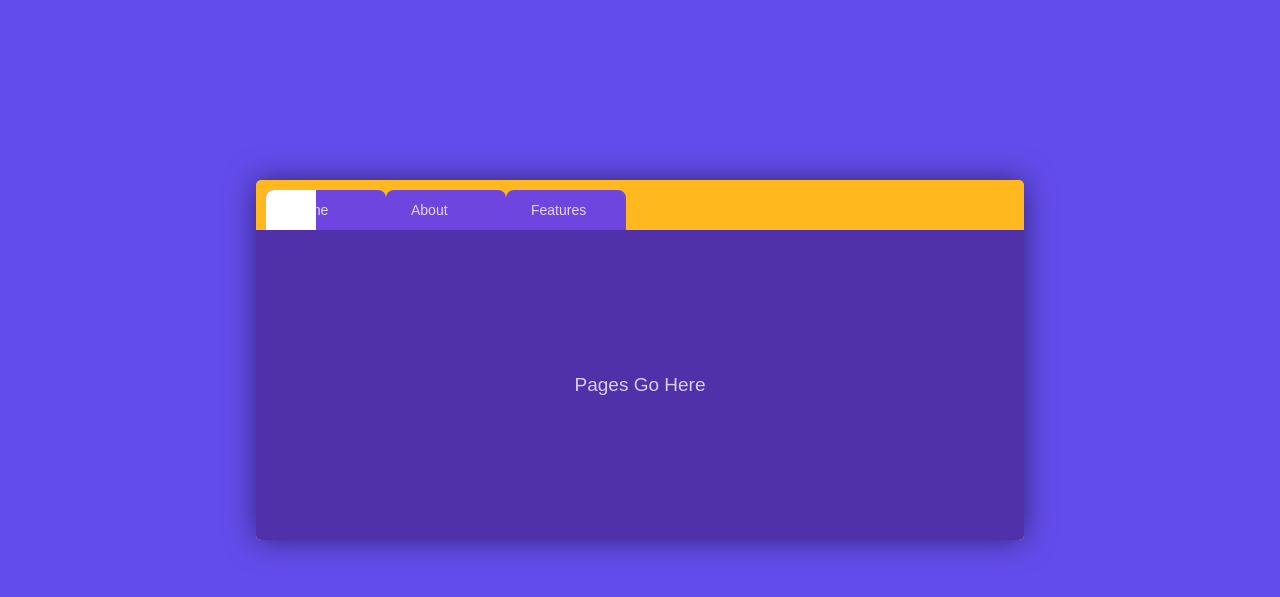
Repository: realistmccoy/browsertab
Page: /
The author's editor kept a copy of each file at every save. The page is drawn from the files as they stood at one save, then again after a run of saves.
The browser window is 1280 px wide. The pictures show the whole page.
The project was rebuilt for these pictures with package versions that can differ from the ones it lists, and the page was loaded fresh each time.

Above is the page before, as saved 2020-12-21 18:22:51.

After the next 2 saves:
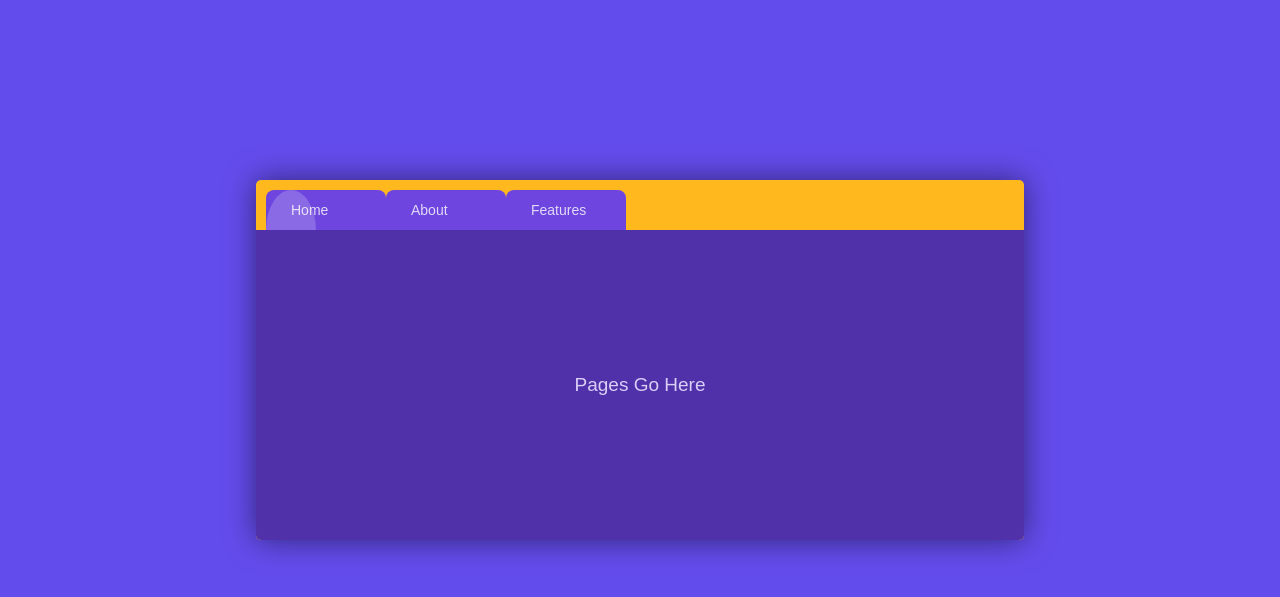
The 2 saves are shown as one change because they came seconds apart.
The last was saved 6 s later.
--- a/src/App.css
+++ b/src/App.css
@@ -95,7 +95,8 @@ body {
 	display: block;
 	position: absolute;
 	height: 80px;
-  width: 50px;
-  border-radius: 50;
+	width: 50px;
+	border-radius: 50%;
+	opacity: 0.2;
 	background: white;
 }
